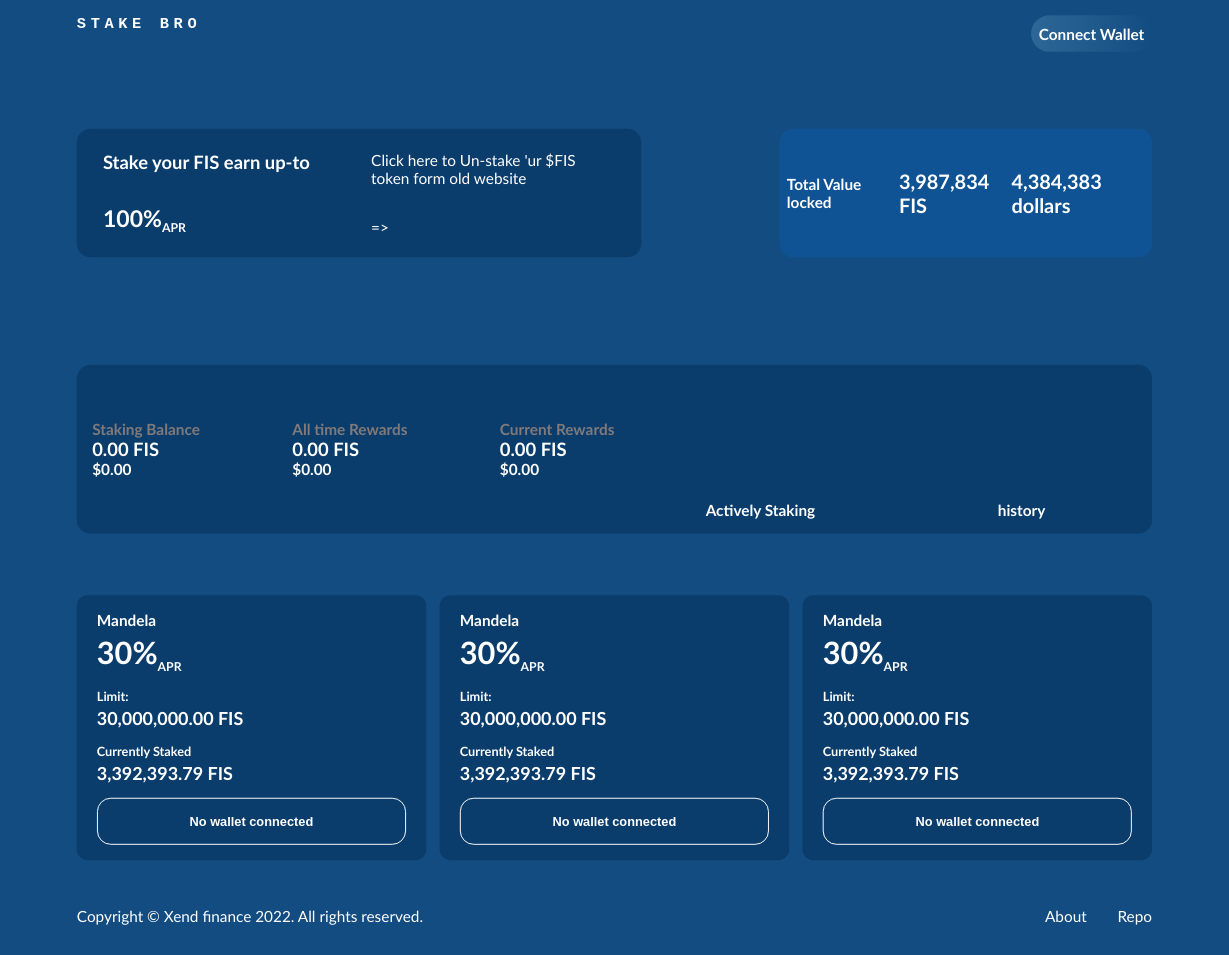
Repository: NorVirae/Stake
Page: /
The author's editor kept a copy of each file at every save. The page is drawn from the files as they stood at one save, then again after the next save.
The browser window is 1280 px wide. The pictures show the whole page, at 96% of full size.
The project was rebuilt for these pictures with package versions that can differ from the ones it lists, and the page was loaded fresh each time.

Above is the page before, as saved 2022-04-18 02:46:56.

### src/App.tsx
import React, { useState } from 'react';
import AccountInfoCard from './components/cards/account-info-card';
import AprCard from './components/cards/apr-card';
import './styles/app.css'

function App() {
  const [isWalletConnected, setIsWalletConnected] = useState(false)

  return (
    <div className="stake-container">
      <header>
        <nav>
            <a href='logo' className='logo'>Stake Bro</a>
            <ul>
              <li className='connect-wallet-btn'>Connect Wallet</li>
            </ul>
        </nav>
      </header>



      <main>
        <section className='info-global'>
          <div className='info-main'>
            <div className='inner-container-left'>
              <h1 className='earn-text'> Stake your FIS earn up-to</h1>
              <h1>100%<sub className='sub'>APR</sub></h1>

            </div>

            <div className='inner-container-right'>
              <p>Click here to Un-stake 'ur $FIS token form old website</p>
              <span>{"=>"}</span>
            </div>
          </div>

          <div className='public-stake-info'>
            <h3 className='total-locked'>Total Value locked</h3>
            <h1 className='total-locked-token'>3,987,834 FIS</h1>
            <h2 className='total-locked-dollars'>4,384,383 dollars</h2>

          </div>

        </section>

        <section className='connection-info'>
          {
          isWalletConnected?
          <>
            <div className='connection-info-text'>No Wallet connected</div>
            <div> Connect wallet to see your balance</div>
          </>
          :
          <>
          <div className='user-stake-info-container'>
            <AccountInfoCard title='Staking Balance' token='0.00' dollarEquiv='0.00'/>

            <AccountInfoCard title='All time Rewards' token='0.00' dollarEquiv='0.00'/>


            <div className='user-stake-info'>
              <h2 className='staking-balance'>Current Rewards</h2>
              <h1 className='token-balance-fis'>0.00 FIS</h1>
              <h2 className='token-balance-dollars'>$0.00</h2>
            </div>

          </div>

          <div className='info-redirect'>
            <h1>Actively Staking </h1>
            <h1>history </h1>

          </div>

          </>
          }
        </section>

        <section className='reward'>
          <AprCard/>
          <AprCard/>
          <AprCard/>
        </section>

      </main>

      <footer>
        <div className='copyright-info'>
          Copyright &copy; Xend finance 2022. All rights reserved.
        </div>
        <ul>
          <li>About</li>
          <li>Repo</li>

        </ul>
      </footer>

    </div>
  );
}

export default App;

### src/components/cards/account-info-card.tsx
import React from 'react';

interface StakeInfoParams {
    title:string,
    token:string,
    dollarEquiv:string
}

const AccountInfoCard:React.FC<StakeInfoParams> = ({title, token, dollarEquiv}) => {
    return <div className='user-stake-info'>
                <h2 className='staking-balance'>{title}</h2>
                <h1 className='token-balance-fis'>{token} FIS</h1>
                <h2 className='token-balance-dollars'>${dollarEquiv}</h2>
            </div>
}

export default AccountInfoCard;

### src/components/cards/apr-card.tsx
import React from "react";


const AprCard:React.FC = ()=>{
    return <div className='apr-card'>
                <div className='mandela-container'>
                    <h4 className="mandela">Mandela</h4>
                    <h1 className="apr-announce">30%<sub className="sub">APR</sub></h1>
                </div>


                <div className='limit-container'>
                    <h5>Limit:</h5>
                    <h3>30,000,000.00 FIS</h3>
                </div>

                <div className='current-container'>
                    <h5>Currently Staked</h5>
                    <h3>3,392,393.79 FIS</h3>
                </div>

                <button className="stake-button">No wallet connected</button>
        </div>
}

export default AprCard;

### src/styles/app.css
*{
    padding: 0;
    margin: 0;

}

::-webkit-scrollbar{
    background-color: #134C81;
    width: .4rem;
}

::-webkit-scrollbar-thumb{
    background-color: #0c5ba5;
}

img {
    width: 100%;
}

li {
    list-style-type: none;
}

body{
    background-color: #134C81;
    color: #ffff;
    font-family:'Trebuchet MS', 'Lucida Sans Unicode', 'Lucida Grande', 'Lucida Sans', Arial, sans-serif;
}
.stake-container {
    max-width: 70rem;
    margin:auto;
    display: flex;
    flex-direction: column;
    gap: 1rem;
}


nav {
    display:  flex;
    justify-content: space-between;
    padding: 1rem 0;
    position: sticky;
    top:0;
}

main {
    display: flex;
    flex-direction: column;
    gap:4rem;
}
.logo {
    text-decoration: none;
    font-family: 'Courier New', Courier, monospace;
    font-weight: 900;
    color: #ffff;
    letter-spacing: .3rem;
    text-transform: uppercase;
}

.connect-wallet-btn{
    padding: .6rem .5rem;
    background-image: linear-gradient(to right, #2d6797, #134C81  );
    font-weight: bold;
    border-radius: 3rem;
    transition: background-image .5s ease-in-out;
}

.connect-wallet-btn:hover{
    background-image: linear-gradient(to right, #134C81, #2d6797 );
    cursor: pointer;
    color: rgb(225, 225, 235);

}

.info-global{
    display: flex;
    justify-content: space-between;
    padding: 3rem 0;
    gap: 9rem;
}

.info-main{
    display: flex;
    background-color: #05315a88;
    border-radius: .9rem;
    padding: .5rem .9rem;

}

.inner-container-left, .inner-container-right{

    width: 100%;
    padding: .9rem .8rem;
    border-radius: .9rem;
    display: flex;
    flex-direction: column;
    gap:2rem
}



.earn-text {
    font-size: 1.2rem;
}

.sub{
    font-size: .8rem;
}

.public-stake-info {
    display: flex;
    justify-content: center;
    align-items: center;
    border-radius: .9rem;
    padding: .5rem;
    gap: .4rem;

    background-color: #0c5ba588;

}


.total-locked{
    font-size: 1rem;

}

.total-locked-token{
    font-size: 1.3rem;
}

.total-locked-dollars {
    font-size: 1.3rem;
}


.connection-info{
    display: flex;
    background-color: #05315a88;
    border-radius: .9rem;
    justify-content: center;
    align-items: center;
    height: 20vh;
    padding: 1rem 1rem;

}

.connection-info-text {
    font-size: 1.2rem;
    text-transform: uppercase;
}

.user-stake-info-container{
    display: flex;
    justify-content: space-between;
    width: 100%;
}

.staking-balance{
    font-size: 1rem;
    color: rgb(128, 122, 122);
}

.token-balance-fis{
    font-size: 1.2rem;
}

.token-balance-dollars{
    font-size: 1rem;
}

.info-redirect{
    width: 100%;
    height: 100%;
    display: flex;
    justify-content: flex-end;
    align-items: flex-end;
    justify-content: space-around;
}

.info-redirect h1 {
    font-size: 1rem;
}
.reward{
    display: flex;
    justify-content: space-between;
    gap: .9rem;
}

.apr-card{
    background-color: #05315a88;
    padding: 1rem 1.3rem;
    border-radius: .7rem;
    display: flex;
    flex-direction: column;
    justify-content: space-around;
    flex: 1;
    gap: .9rem;
}

.mandela-container{
    display: flex;
    flex-direction: column;
    justify-content: space-between;
    gap:.3rem;
}

.mandela{
    font-size: 1rem;

}

.apr-announce{
    font-size: 2rem;
}

.limit-container{
    display: flex;
    flex-direction: column;
    justify-content: space-between;
    gap:.3rem;
}

.current-container{
    display: flex;
    flex-direction: column;
    justify-content: space-between;
    gap:.3rem;
}

.stake-button{
    border-radius: .9rem;
    border: .1px solid white;
    background-color: transparent;
    padding: 1rem .6rem;
    color: #fff;
    font-weight: bold;
}

.stake-button:hover{
    cursor: pointer;
}

footer{
    display: flex;
    justify-content: space-between;
    padding: 2rem 0;

}
.copyright-info{
    display: flex;
}

footer ul{
    display: flex;
    gap: 2rem;
}

Loaded but not shown: public/index.html (common file); src/index.tsx (common file); src/reportWebVitals.ts (common file)

After the next save:
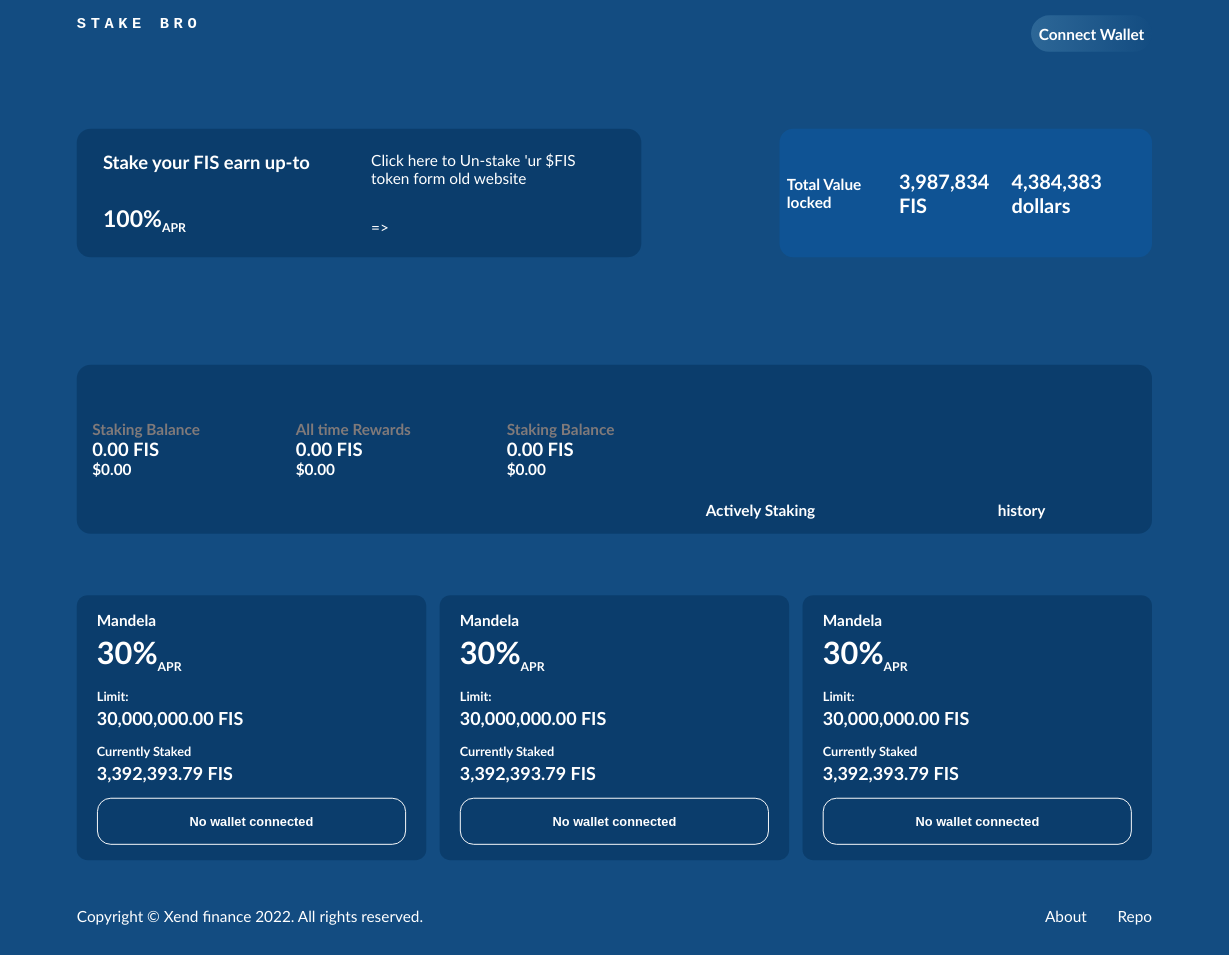
Saved 5 s later.
--- a/src/App.tsx
+++ b/src/App.tsx
@@ -58,11 +58,8 @@
             <AccountInfoCard title='All time Rewards' token='0.00' dollarEquiv='0.00'/>
 
 
-            <div className='user-stake-info'>
-              <h2 className='staking-balance'>Current Rewards</h2>
-              <h1 className='token-balance-fis'>0.00 FIS</h1>
-              <h2 className='token-balance-dollars'>$0.00</h2>
-            </div>
+            <AccountInfoCard title='Staking Balance' token='0.00' dollarEquiv='0.00'/>
+
 
           </div>
 

After the save that followed:
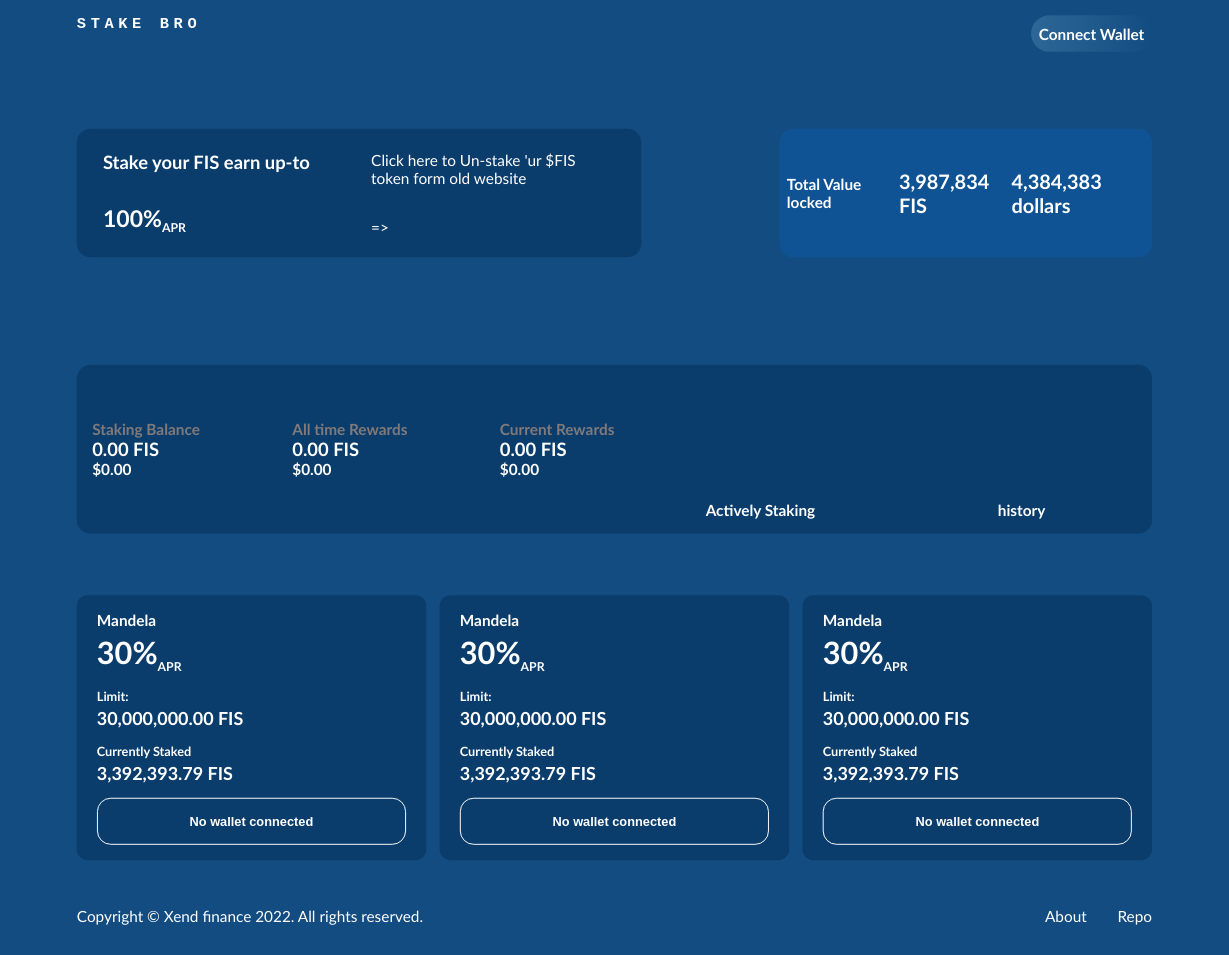
Saved 7 s later.
--- a/src/App.tsx
+++ b/src/App.tsx
@@ -58,7 +58,7 @@
             <AccountInfoCard title='All time Rewards' token='0.00' dollarEquiv='0.00'/>
 
 
-            <AccountInfoCard title='Staking Balance' token='0.00' dollarEquiv='0.00'/>
+            <AccountInfoCard title='Current Rewards' token='0.00' dollarEquiv='0.00'/>
 
 
           </div>
